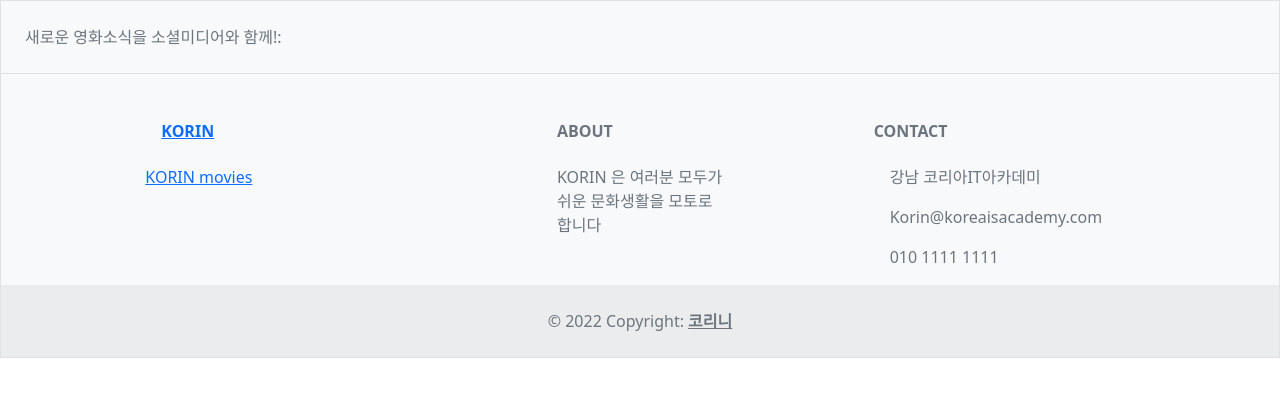
Repository: Nappy97/theather
Page: http://localhost/Cinema/WEB-INF/views/common/footer.jsp
These files come from the project's save history. The page is drawn as it stood at one moment and after the next save; the edit follows.
The browser window is 1280 px wide. The pictures show the whole page.
The page is served by Tomcat 9. Nobody is signed in. The template is opened directly, without the code that normally fills it, so the values that code supplies are empty.

Above is the page before, as saved 2022-09-17 18:44:10.

### project/Cinema/src/main/webapp/WEB-INF/views/common/footer.jsp
<%@ page language="java" contentType="text/html; charset=UTF-8"
         pageEncoding="UTF-8" %>

<%@ taglib prefix="c" uri="http://java.sun.com/jsp/jstl/core" %>
<%@ taglib prefix="fn" uri="http://java.sun.com/jsp/jstl/functions" %>

<!DOCTYPE html>
<html>

<head>
    <title>footer</title>
    <meta charset="utf-8">
    <meta name="viewport" content="width=device-width, initial-scale=1">
    <link href="https://cdn.jsdelivr.net/npm/bootstrap@5.1.3/dist/css/bootstrap.min.css" rel="stylesheet">
    <script src="https://cdn.jsdelivr.net/npm/bootstrap@5.1.3/dist/js/bootstrap.bundle.min.js"></script>
</head>

<body>
<!-- Footer -->
<footer class="text-center text-lg-start bg-light text-muted border" style="z-index:999;">
    <!-- Section: Social media -->
    <section class="d-flex justify-content-center justify-content-lg-between p-4 border-bottom">
        <!-- Left -->
        <div class="me-5 d-none d-lg-block">
            <span>새로운 영화소식을 소셜미디어와 함께!:</span>
        </div>
        <!-- Left -->

        <!-- Right -->
        <div>
            <a href="https://ko-kr.facebook.com/" class="me-4 text-reset">
                <i class="fab fa-facebook-f"></i>
            </a>
            <a href="https://twitter.com/home" class="me-4 text-reset">
                <i class="fab fa-twitter"></i>
            </a>
            <a href="https://www.google.com/" class="me-4 text-reset">
                <i class="fab fa-google"></i>
            </a>
            <a href="https://www.instagram.com/" class="me-4 text-reset">
                <i class="fab fa-instagram"></i>
            </a>
            <a href="https://github.com/" class="me-4 text-reset">
                <i class="fab fa-github"></i>
            </a>
        </div>
        <!-- Right -->
    </section>
    <!-- Section: Social media -->

    <!-- Section: Links  -->
    <section class="">
        <div class="container text-center text-md-start mt-5">
            <!-- Grid row -->
            <div class="row mt-3">
                <!-- Grid column -->

                <div class="col-md-3 col-lg-4 col-xl-3 mx-auto mb-4">
                    <a href="" style="">
                        <!-- Content -->
                        <h6 class="text-uppercase fw-bold mb-4">
                            <i class="fas fa-gem me-3"></i>Korin
                        </h6>
                        <p>KORIN movies</p>
                    </a>
                </div>

                <!-- Grid column -->


                <!-- Grid column -->
                <div class="col-md-3 col-lg-2 col-xl-2 mx-auto mb-4">
                    <!-- Links -->
                    <h6 class="text-uppercase fw-bold mb-4">
                        about
                    </h6>
                    <p>
                    <a>
                        KORIN 은 여러분 모두가 쉬운 문화생활을 모토로 합니다</a>
                    </p>
                </div>
                <!-- Grid column -->

                <!-- Grid column -->
                <div class="col-md-4 col-lg-3 col-xl-3 mx-auto mb-md-0 mb-4">
                    <!-- Links -->
                    <h6 class="text-uppercase fw-bold mb-4">Contact</h6>
                    <p><i class="fas fa-home me-3"></i> 강남 코리아IT아카데미</p>
                    <p>
                        <i class="fas fa-envelope me-3"></i>
                        Korin@koreaisacademy.com
                    </p>
                    <p><i class="fas fa-phone me-3"></i> 010 1111 1111</p>
                </div>
                <!-- Grid column -->
            </div>
            <!-- Grid row -->
        </div>
    </section>
    <!-- Section: Links  -->

    <!-- Copyright -->
    <div class="text-center p-4" style="background-color: rgba(0, 0, 0, 0.05);">
        © 2022 Copyright:
        <a class="text-reset fw-bold" >코리니</a>
    </div>
    <!-- Copyright -->
</footer>
<!-- Footer -->
</body>

</html>

After the next save:
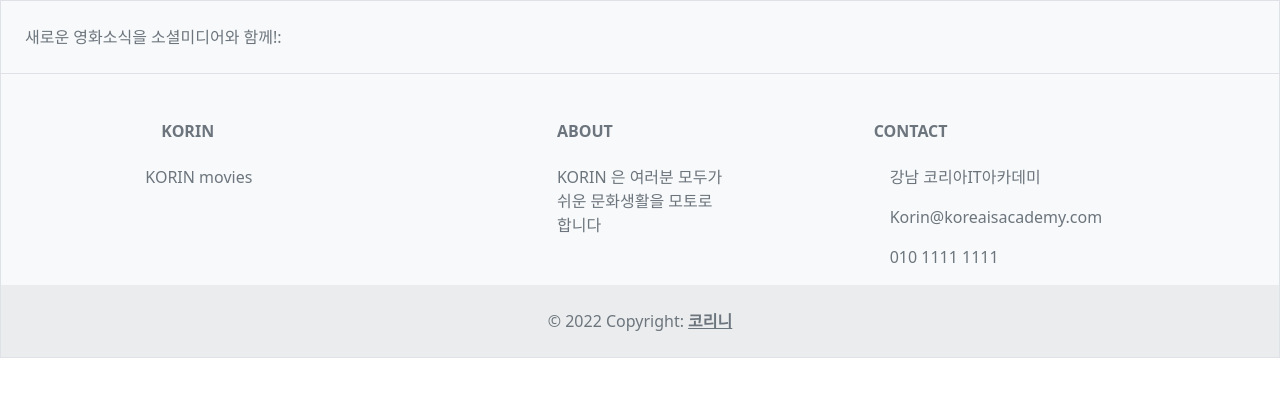
Saved 29 s later.
--- a/project/Cinema/src/main/webapp/WEB-INF/views/common/footer.jsp
+++ b/project/Cinema/src/main/webapp/WEB-INF/views/common/footer.jsp
@@ -56,13 +56,13 @@
                 <!-- Grid column -->
 
                 <div class="col-md-3 col-lg-4 col-xl-3 mx-auto mb-4">
-                    <a href="" style="">
+
                         <!-- Content -->
                         <h6 class="text-uppercase fw-bold mb-4">
                             <i class="fas fa-gem me-3"></i>Korin
                         </h6>
                         <p>KORIN movies</p>
-                    </a>
+
                 </div>
 
                 <!-- Grid column -->
